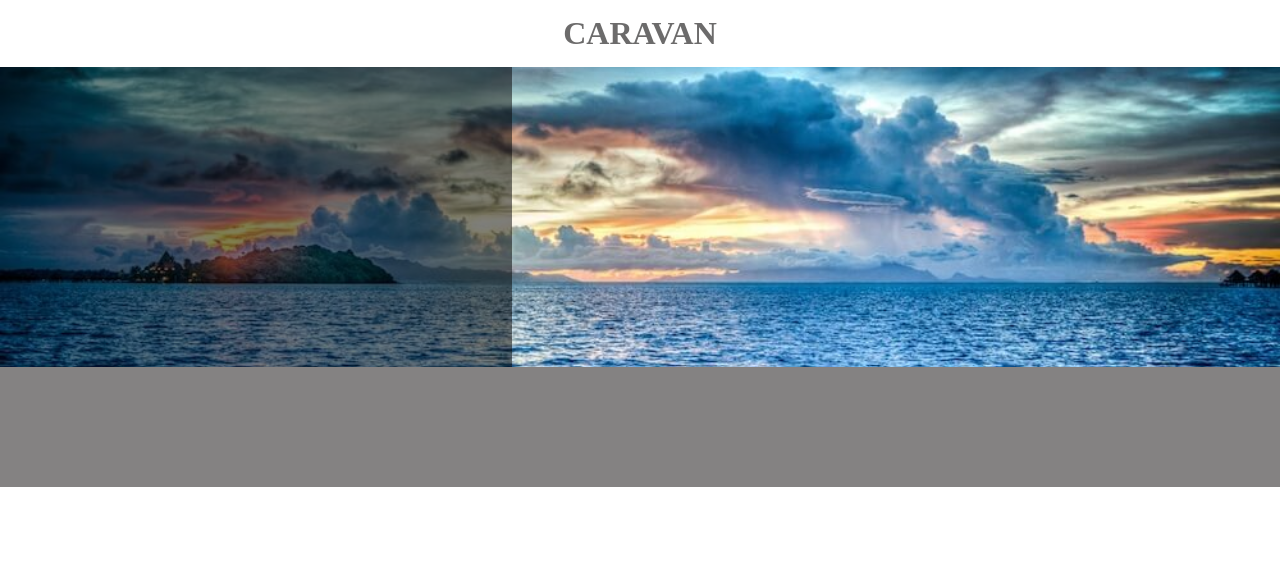
Repository: alamsamiha/html_css
Page: caravan/index.html
The author's editor kept a record of every edit. The page is drawn from the files as they stood at one moment, then again after the next edit.
The browser window is 1280 px wide. The pictures show the whole page.

Above is the page before.

After the next edit:
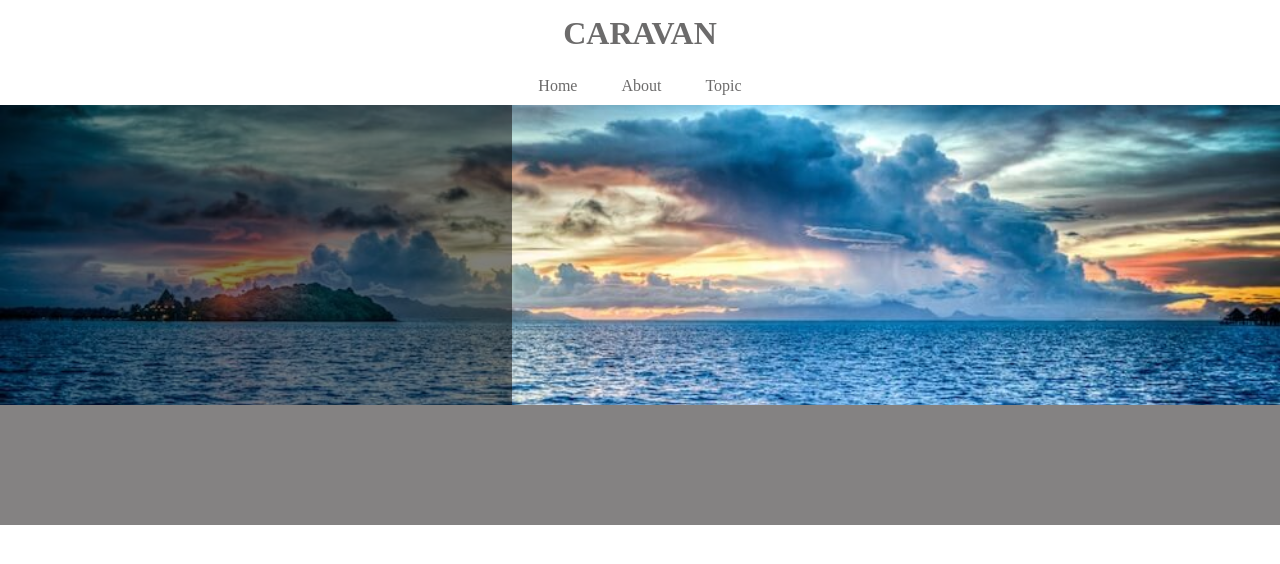
The edit:
--- a/caravan/index.html
+++ b/caravan/index.html
@@ -18,6 +18,17 @@
       </h1>
     </header>
 
+    <!-- navigation -->
+    <nav>
+      <ul class="nav-list">
+        <li class="nav-list-item">
+          <a href="index.html">Home</a>
+        </li>
+        <li class="nav-list-item">About</li>
+        <li class="nav-list-item">Topic</li>
+      </ul>
+    </nav>
+
     <!-- main-visual用のdiv -->
     <div class="main-visual">
       <div class="main-visual-content"></div>
